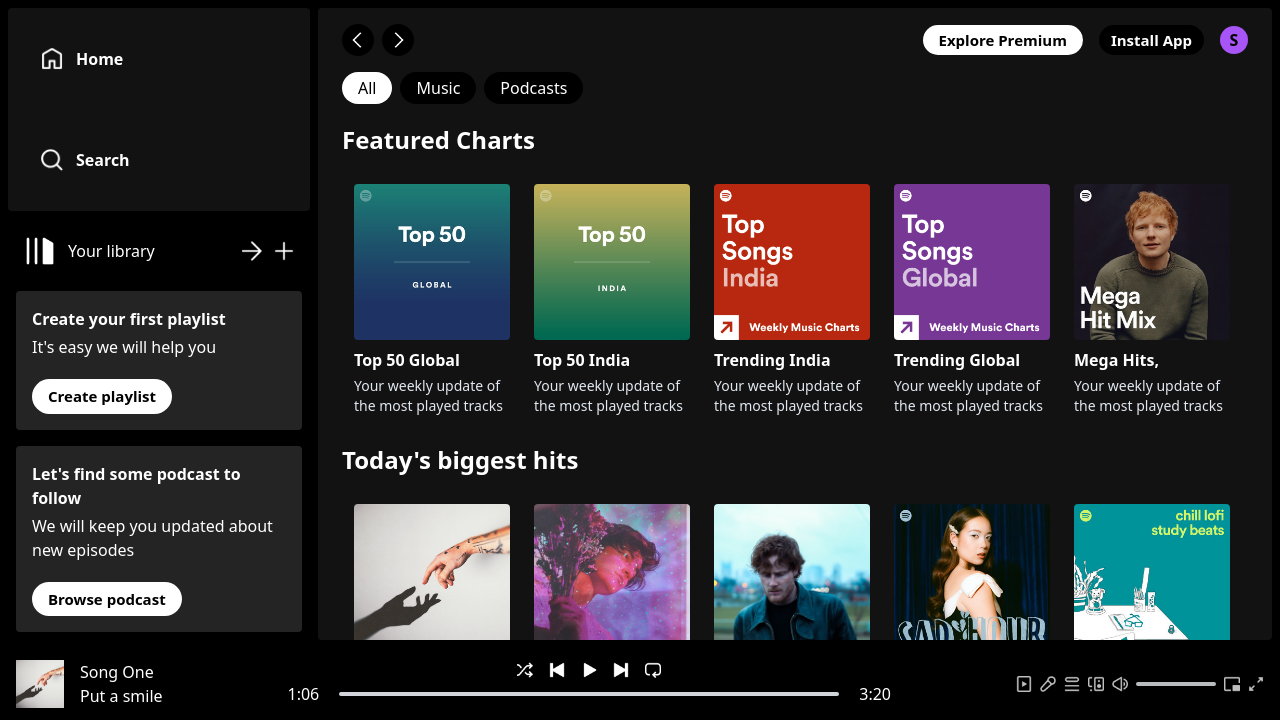
Repository: duttasayan835/Spotify_clone
Page: /
The author's editor kept a copy of each file at every save. The page is drawn from the files as they stood at one save, then again after the next save.
The browser window is 1280 px wide. The pictures show the whole page.
An inner scrolling area shows only its first screen. The project was rebuilt for these pictures with package versions that can differ from the ones it lists, and the page was loaded fresh each time. Also part of the build but not shown: vite.config.js, src/Components/DisplayAlbum.jsx. Imported but missing from the stored project, and not drawn on this page: src/assets/song1.mp3, src/assets/song2.mp3, src/assets/song3.mp3.

Above is the page before, as saved 2024-08-11 22:06:11.

After the next save:
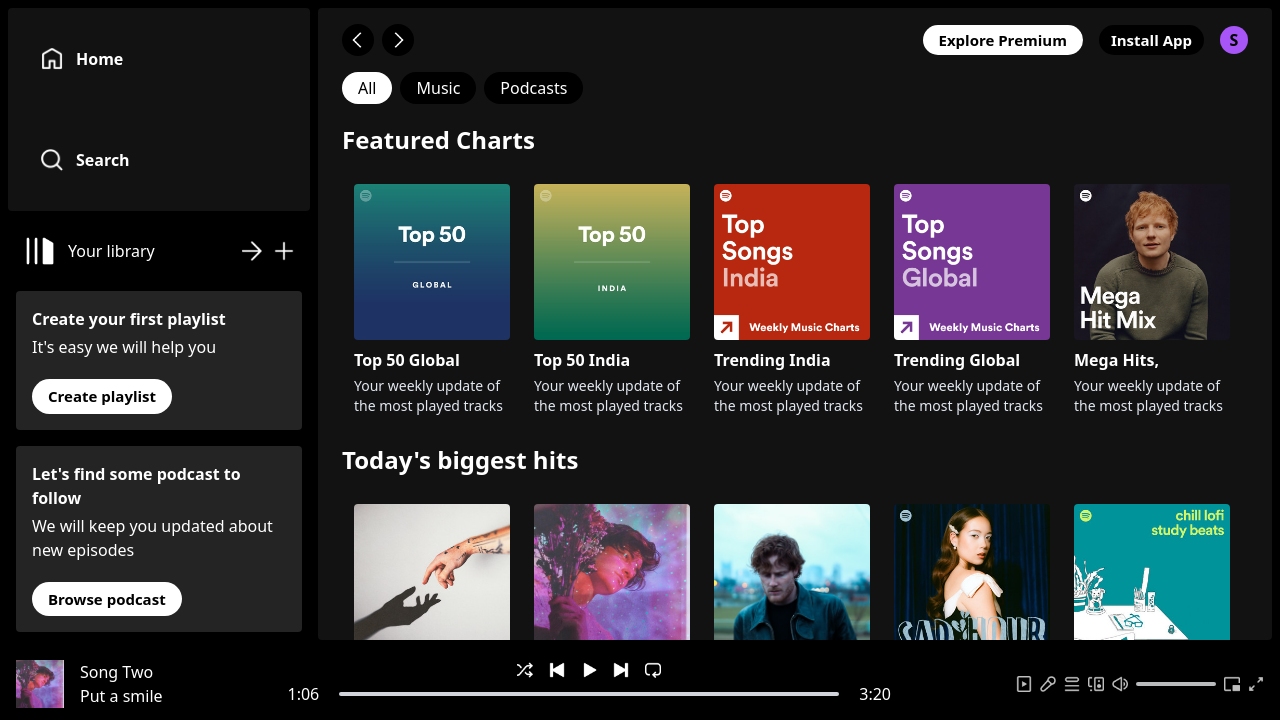
Saved 56 s later.
--- a/src/Context/PlayerContext.jsx
+++ b/src/Context/PlayerContext.jsx
@@ -6,7 +6,7 @@
   const SeekBg = useRef();
   const SeekBar = useRef();
 
-  const [track, setTrack] = useState(songsData[0]);
+  const [track, setTrack] = useState(songsData[1]);
   const [playStatus, setPlayStatus] = useState(false);
   const [time, setTime] = useState({
     currentTime: { seconds: 0, minute: 0 },
